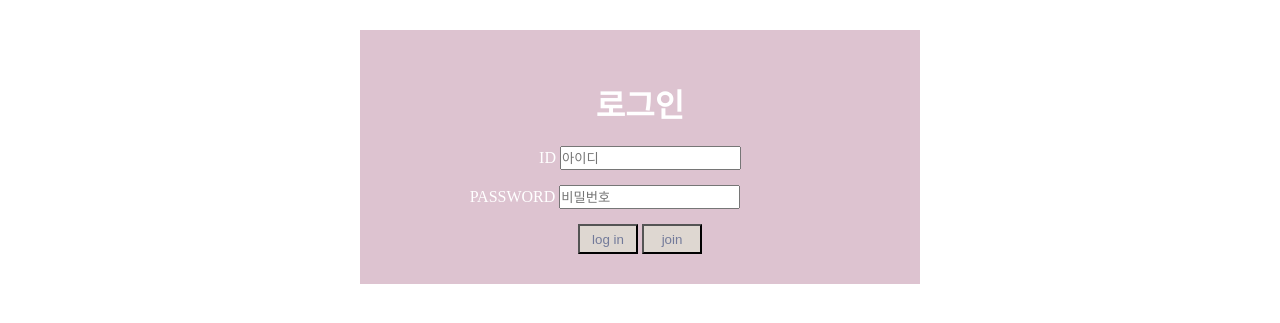
Repository: kayoyo/jsp
Page: http://localhost/BoardWeb_4/login
An editor plug-in stored every save of this project. The page is shown before and after the next save, followed by the edit.
The browser window is 1280 px wide. The pictures show the whole page.
The page is served by Tomcat 9.

Above is the page before, as saved 2020-08-27 04:34:41.

After the next save:
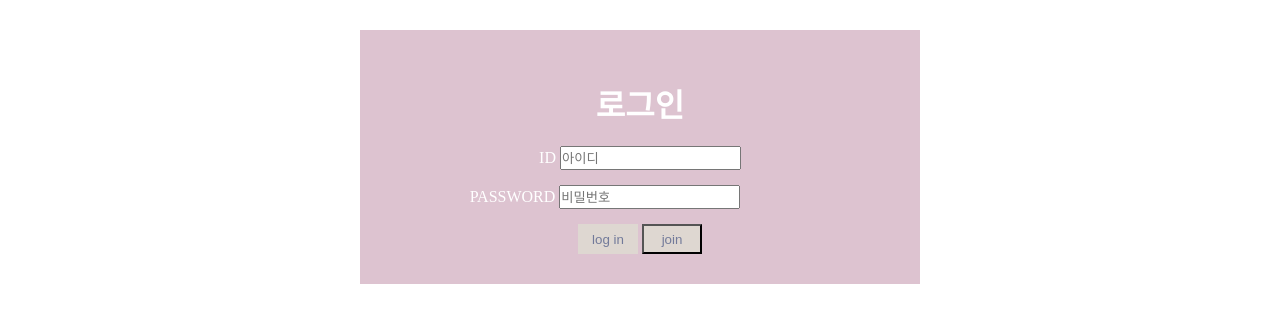
Saved 51 s later.
--- a/BoardWeb_4/WebContent/WEB-INF/jsp/user/login.jsp
+++ b/BoardWeb_4/WebContent/WEB-INF/jsp/user/login.jsp
@@ -14,8 +14,10 @@
  .pw {margin-right: 70px;}
  .pw, .id {color: white; margin-bottom: 15px;}
  input {height : 20px;}
- #login {width: 60px; height: 30px; color: #727A9A; background-color: #DED7D1}
- #join {width: 60px; height: 30px; color: #727A9A; background-color: #DED7D1}
+ #login {width: 60px; height: 30px;
+ 		color: #727A9A; background-color: #DED7D1; border: none;}
+ #join {width: 60px; height: 30px;
+ 		color: #727A9A; background-color: #DED7D1;}
 
 
 </style>
